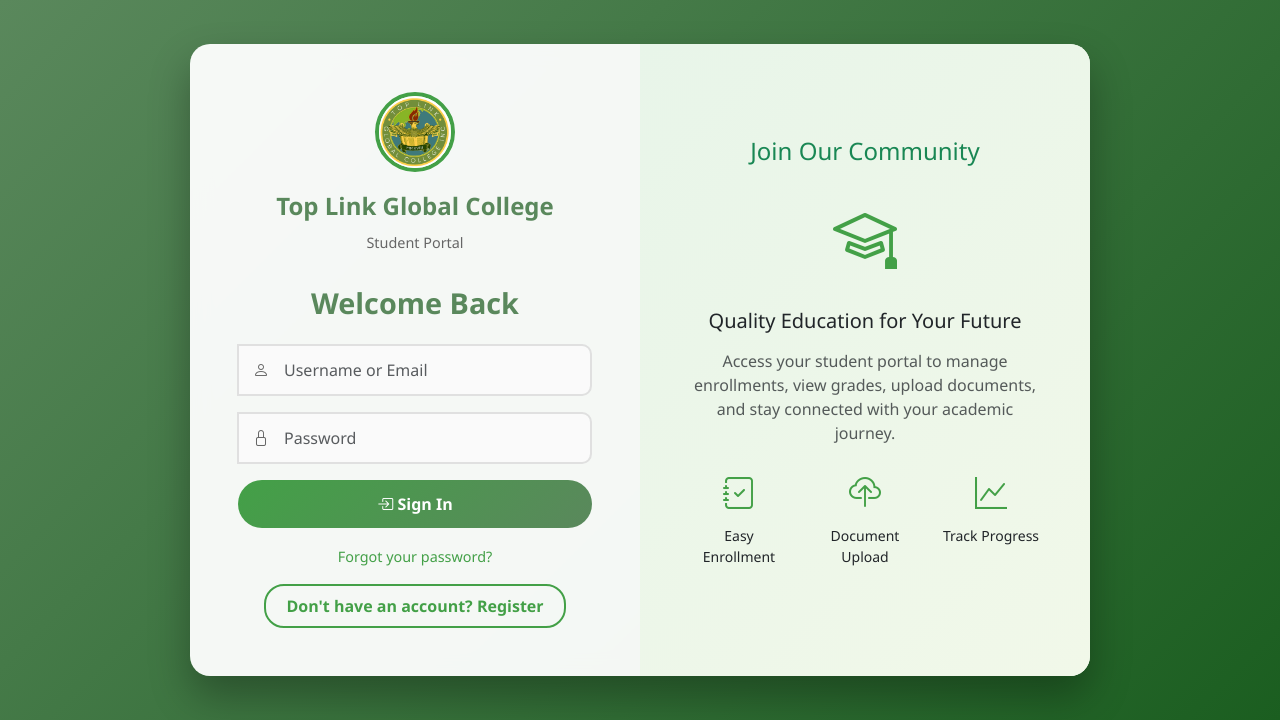
Repository: partymaker01/IT2C_Enrollment_System_SourceCode
Page: http://localhost/IT2C_Enrollment_System_SourceCode/logregfor/login.php
The author's editor kept a copy of each file at every save. The page is drawn from the files as they stood at one save, then again after the next save.
The browser window is 1280 px wide. The pictures show the whole page.
The page is run by PHP 8.4 with error messages shown; the project is at /var/www/html/.

Above is the page before, as saved 2025-06-08 22:51:52.

### logregfor/login.php
<?php
session_start();

// Redirect if already logged in
if (isset($_SESSION['student_id'])) {
    header("Location: ../student/student-dashboard.php");
    exit;
}

require_once '../db.php';

$message = '';
$messageType = '';

// Handle Registration
if ($_SERVER['REQUEST_METHOD'] === 'POST' && ($_POST['form_action'] ?? '') === 'register') {
    $username = trim($_POST['username'] ?? '');
    $firstName = trim($_POST['first_name'] ?? '');
    $middleName = trim($_POST['middle_name'] ?? '');
    $lastName = trim($_POST['last_name'] ?? '');
    $email = trim($_POST['email'] ?? '');
    $password = $_POST['password'] ?? '';
    $confirmPassword = $_POST['confirm_password'] ?? '';

    $errors = [];

    // Validation
    if (empty($username)) $errors[] = "Username is required.";
    if (empty($firstName)) $errors[] = "First name is required.";
    if (empty($lastName)) $errors[] = "Last name is required.";
    if (empty($email) || !filter_var($email, FILTER_VALIDATE_EMAIL)) $errors[] = "Valid email is required.";
    if (empty($password)) $errors[] = "Password is required.";
    if (strlen($password) < 6) $errors[] = "Password must be at least 6 characters long.";
    if ($password !== $confirmPassword) $errors[] = "Passwords do not match.";

    // Check if username or email already exists
    if (empty($errors)) {
        $stmt = $pdo->prepare("SELECT student_id FROM students WHERE username = ? OR email = ?");
        $stmt->execute([$username, $email]);
        if ($stmt->fetch()) {
            $errors[] = "Username or email already exists.";
        }
    }

    if (empty($errors)) {
        try {
            $hashedPassword = password_hash($password, PASSWORD_DEFAULT);
            $stmt = $pdo->prepare("INSERT INTO students (username, first_name, middle_name, last_name, email, password) VALUES (?, ?, ?, ?, ?, ?)");
            $stmt->execute([$username, $firstName, $middleName, $lastName, $email, $hashedPassword]);

            $message = "Registration successful! You can now log in.";
            $messageType = "success";
        } catch (PDOException $e) {
            $errors[] = "Registration failed. Please try again.";
        }
    }

    if (!empty($errors)) {
        $message = implode('<br>', $errors);
        $messageType = "danger";
    }
}

// Handle Login
if ($_SERVER['REQUEST_METHOD'] === 'POST' && ($_POST['form_action'] ?? '') === 'login') {
    $username = trim($_POST['username'] ?? '');
    $password = $_POST['password'] ?? '';

    if (empty($username) || empty($password)) {
        $message = "Please enter both username and password.";
        $messageType = "warning";
    } else {
        try {
            $stmt = $pdo->prepare("SELECT student_id, password, first_name FROM students WHERE username = ? OR email = ?");
            $stmt->execute([$username, $username]);
            $user = $stmt->fetch();

            if ($user && password_verify($password, $user['password'])) {
                $_SESSION['student_id'] = $user['student_id'];
                $_SESSION['student_name'] = $user['first_name'];
                $_SESSION['login_time'] = time();

                header("Location: ../student/student-dashboard.php");
                exit;
            } else {
                $message = "Invalid username/email or password.";
                $messageType = "danger";
            }
        } catch (PDOException $e) {
            $message = "Login failed. Please try again.";
            $messageType = "danger";
        }
    }
}
?>

<!DOCTYPE html>
<html lang="en">
<head>
    <meta charset="UTF-8">
    <meta name="viewport" content="width=device-width, initial-scale=1">
    <title>Student Portal - Top Link Global College</title>
    <link href="https://cdn.jsdelivr.net/npm/bootstrap@5.3.2/dist/css/bootstrap.min.css" rel="stylesheet">
    <link href="https://cdn.jsdelivr.net/npm/bootstrap-icons@1.11.0/font/bootstrap-icons.css" rel="stylesheet">
    <link rel="icon" href="../picture/tlgc_pic.jpg" type="image/x-icon">
    <style>
        :root {
            --primary-green:rgb(90, 136, 92);
            --light-green: #e8f5e9;
            --accent-green: #43a047;
            --hover-green: #c8e6c9;
            --dark-green: #1b5e20;
        }

        body {
            background: linear-gradient(135deg, var(--primary-green) 0%, var(--dark-green) 100%);
            min-height: 100vh;
            font-family: 'Segoe UI', Tahoma, Geneva, Verdana, sans-serif;
            display: flex;
            align-items: center;
            justify-content: center;
        }

        .login-container {
            background: rgba(255, 255, 255, 0.95);
            backdrop-filter: blur(10px);
            border-radius: 20px;
            box-shadow: 0 20px 40px rgba(0, 0, 0, 0.3);
            overflow: hidden;
            width: 100%;
            max-width: 900px;
            min-height: 600px;
            display: flex;
        }

        .login-form-section {
            flex: 1;
            padding: 3rem;
            display: flex;
            flex-direction: column;
            justify-content: center;
        }

        .register-form-section {
            flex: 1;
            padding: 3rem;
            display: flex;
            flex-direction: column;
            justify-content: center;
            background: linear-gradient(135deg, var(--light-green) 0%, #f1f8e9 100%);
        }

        .school-header {
            text-align: center;
            margin-bottom: 2rem;
        }

        .school-logo {
            width: 80px;
            height: 80px;
            object-fit: cover;
            border-radius: 50%;
            border: 4px solid var(--accent-green);
            margin-bottom: 1rem;
        }

        .school-name {
            color: var(--primary-green);
            font-weight: 700;
            font-size: 1.5rem;
            margin-bottom: 0.5rem;
        }

        .school-subtitle {
            color: #666;
            font-size: 0.9rem;
        }

        .form-title {
            color: var(--primary-green);
            font-weight: 700;
            font-size: 1.8rem;
            margin-bottom: 1.5rem;
            text-align: center;
        }

        .form-control {
            border: 2px solid #e0e0e0;
            border-radius: 10px;
            padding: 12px 15px;
            transition: all 0.3s ease;
            background-color: #fafafa;
        }

        .form-control:focus {
            border-color: var(--accent-green);
            box-shadow: 0 0 0 0.25rem rgba(67, 160, 71, 0.25);
            background-color: #fff;
        }

        .btn-login {
            background: linear-gradient(135deg, var(--accent-green) 0%, var(--primary-green) 100%);
            border: none;
            color: white;
            font-weight: 600;
            padding: 12px 30px;
            border-radius: 25px;
            transition: all 0.3s ease;
            width: 100%;
        }

        .btn-login:hover {
            transform: translateY(-2px);
            box-shadow: 0 8px 20px rgba(67, 160, 71, 0.4);
            color: white;
        }

        .btn-toggle {
            background: transparent;
            border: 2px solid var(--accent-green);
            color: var(--accent-green);
            font-weight: 600;
            padding: 8px 20px;
            border-radius: 20px;
            transition: all 0.3s ease;
            margin-top: 1rem;
        }

        .btn-toggle:hover {
            background: var(--accent-green);
            color: white;
        }

        .form-section {
            display: none;
        }

        .form-section.active {
            display: block;
        }

        .input-group {
            position: relative;
            margin-bottom: 1rem;
        }

        .input-group i {
            position: absolute;
            left: 15px;
            top: 50%;
            transform: translateY(-50%);
            color: #666;
            z-index: 10;
        }

        .input-group .form-control {
            padding-left: 45px;
        }

        .forgot-password {
            text-align: center;
            margin-top: 1rem;
        }

        .forgot-password a {
            color: var(--accent-green);
            text-decoration: none;
            font-size: 0.9rem;
        }

        .forgot-password a:hover {
            text-decoration: underline;
        }

        @media (max-width: 768px) {
            .login-container {
                flex-direction: column;
                margin: 1rem;
                min-height: auto;
            }

            .login-form-section,
            .register-form-section {
                padding: 2rem;
            }
        }
    </style>
</head>
<body>
    <div class="login-container">
        <!-- Login Section -->
        <div class="login-form-section">
            <div class="school-header">
                <img src="../picture/tlgc_pic.jpg" alt="School Logo" class="school-logo">
                <div class="school-name">Top Link Global College</div>
                <div class="school-subtitle">Student Portal</div>
            </div>

            <?php if ($message): ?>
                <div class="alert alert-<?= $messageType ?> alert-dismissible fade show" role="alert">
                    <?= $message ?>
                    <button type="button" class="btn-close" data-bs-dismiss="alert"></button>
                </div>
            <?php endif; ?>

            <!-- Login Form -->
            <div class="form-section active" id="loginForm">
                <h3 class="form-title">Welcome Back</h3>
                <form method="POST" action="">
                    <input type="hidden" name="form_action" value="login">

                    <div class="input-group">
                        <i class="bi bi-person"></i>
                        <input type="text" class="form-control" name="username" placeholder="Username or Email" required>
                    </div>

                    <div class="input-group">
                        <i class="bi bi-lock"></i>
                        <input type="password" class="form-control" name="password" placeholder="Password" required>
                    </div>

                    <button type="submit" class="btn-login">
                        <i class="bi bi-box-arrow-in-right"></i> Sign In
                    </button>
                </form>

                <div class="forgot-password">
                    <a href="forgot-password.php">Forgot your password?</a>
                </div>

                <div class="text-center">
                    <button type="button" class="btn-toggle" onclick="toggleForm()">
                        Don't have an account? Register
                    </button>
                </div>
            </div>

            <!-- Register Form -->
            <div class="form-section" id="registerForm">
                <h3 class="form-title">Create Account</h3>
                <form method="POST" action="">
                    <input type="hidden" name="form_action" value="register">

                    <div class="row">
                        <div class="col-md-6">
                            <div class="input-group">
                                <i class="bi bi-person"></i>
                                <input type="text" class="form-control" name="username" placeholder="Username" required>
                            </div>
                        </div>
                        <div class="col-md-6">
                            <div class="input-group">
                                <i class="bi bi-envelope"></i>
                                <input type="email" class="form-control" name="email" placeholder="Email" required>
                            </div>
                        </div>
                    </div>

                    <div class="row">
                        <div class="col-md-4">
                            <div class="input-group">
                                <i class="bi bi-person-badge"></i>
                                <input type="text" class="form-control" name="first_name" placeholder="First Name" required>
                            </div>
                        </div>
                        <div class="col-md-4">
                            <div class="input-group">
                                <i class="bi bi-person-badge"></i>
                                <input type="text" class="form-control" name="middle_name" placeholder="Middle Name">
                            </div>
                        </div>
                        <div class="col-md-4">
                            <div class="input-group">
                                <i class="bi bi-person-badge"></i>
                                <input type="text" class="form-control" name="last_name" placeholder="Last Name" required>
                            </div>
                        </div>
                    </div>

                    <div class="row">
                        <div class="col-md-6">
                            <div class="input-group">
                                <i class="bi bi-lock"></i>
                                <input type="password" class="form-control" name="password" placeholder="Password" required>
                            </div>
                        </div>
                        <div class="col-md-6">
                            <div class="input-group">
                                <i class="bi bi-lock-fill"></i>
                                <input type="password" class="form-control" name="confirm_password" placeholder="Confirm Password" required>
                            </div>
                        </div>
                    </div>

                    <button type="submit" class="btn-login">
                        <i class="bi bi-person-plus"></i> Create Account
                    </button>
                </form>

                <div class="text-center">
                    <button type="button" class="btn-toggle" onclick="toggleForm()">
                        Already have an account? Sign In
                    </button>
                </div>
            </div>
        </div>

        <!-- Info Section -->
        <div class="register-form-section">
            <div class="text-center">
                <h4 class="text-success mb-4">Join Our Community</h4>
                <div class="mb-4">
                    <i class="bi bi-mortarboard" style="font-size: 4rem; color: var(--accent-green);"></i>
                </div>
                <h5 class="mb-3">Quality Education for Your Future</h5>
                <p class="text-muted mb-4">
                    Access your student portal to manage enrollments, view grades,
                    upload documents, and stay connected with your academic journey.
                </p>
                <div class="row text-center">
                    <div class="col-4">
                        <i class="bi bi-journal-check" style="font-size: 2rem; color: var(--accent-green);"></i>
                        <p class="small mt-2">Easy Enrollment</p>
                    </div>
                    <div class="col-4">
                        <i class="bi bi-cloud-upload" style="font-size: 2rem; color: var(--accent-green);"></i>
                        <p class="small mt-2">Document Upload</p>
                    </div>
                    <div class="col-4">
                        <i class="bi bi-graph-up" style="font-size: 2rem; color: var(--accent-green);"></i>
                        <p class="small mt-2">Track Progress</p>
                    </div>
                </div>
            </div>
        </div>
    </div>

    <script src="https://cdn.jsdelivr.net/npm/bootstrap@5.3.2/dist/js/bootstrap.bundle.min.js"></script>
    <script>
        function toggleForm() {
            const loginForm = document.getElementById('loginForm');
            const registerForm = document.getElementById('registerForm');

            if (loginForm.classList.contains('active')) {
                loginForm.classList.remove('active');
                registerForm.classList.add('active');
            } else {
                registerForm.classList.remove('active');
                loginForm.classList.add('active');
            }
        }

        // Form validation
        document.querySelectorAll('form').forEach(form => {
            form.addEventListener('submit', function(e) {
                const passwords = this.querySelectorAll('input[type="password"]');
                if (passwords.length === 2) {
                    if (passwords[0].value !== passwords[1].value) {
                        e.preventDefault();
                        alert('Passwords do not match!');
                        return false;
                    }
                    if (passwords[0].value.length < 6) {
                        e.preventDefault();
                        alert('Password must be at least 6 characters long!');
                        return false;
                    }
                }
            });
        });
    </script>
</body>
</html>

### db.php
<?php
$servername = "localhost";
$username = "root";
$password = "";
$database = "enrollment_system";

// Create connection
$conn = new mysqli($servername, $username, $password, $database);

// Check connection
if ($conn->connect_error) {
    die("Connection failed: " . $conn->connect_error);
}
?>

After the next save:
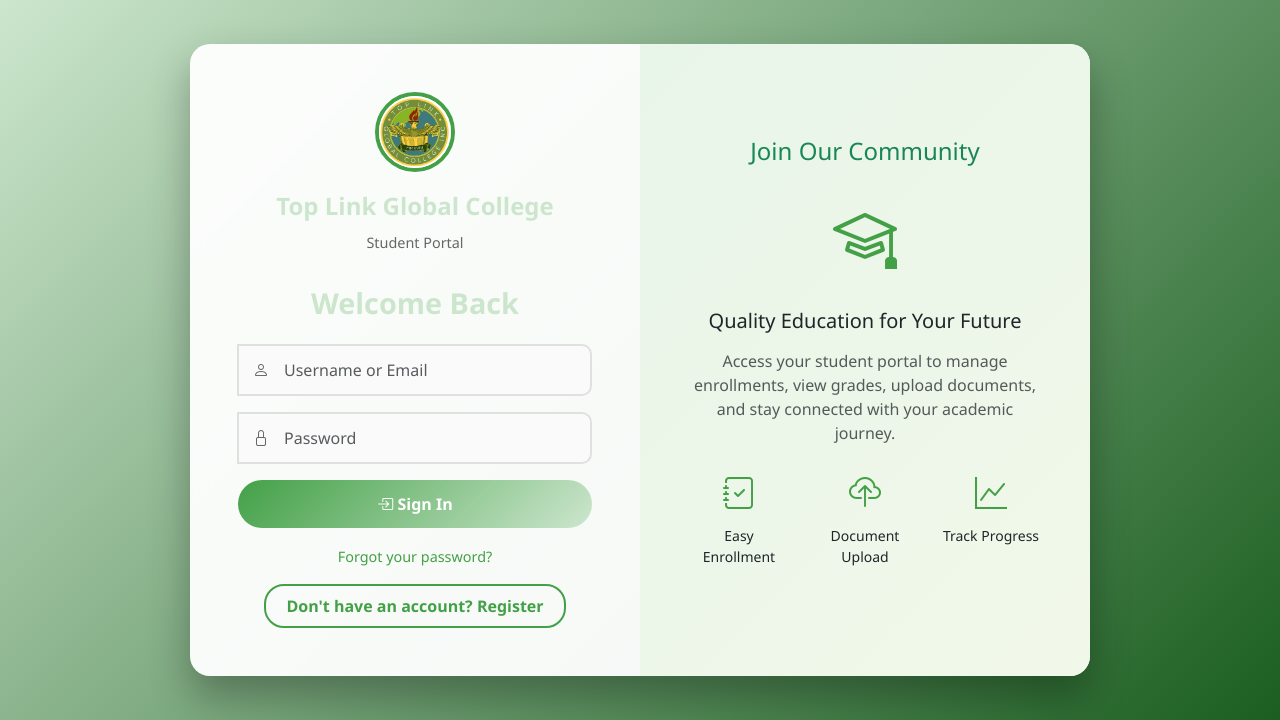
Saved 10 s later.
--- a/logregfor/login.php
+++ b/logregfor/login.php
@@ -105,7 +105,7 @@
     <link rel="icon" href="../picture/tlgc_pic.jpg" type="image/x-icon">
     <style>
         :root {
-            --primary-green:rgb(90, 136, 92);
+            --primary-green:rgb(204, 230, 205);
             --light-green: #e8f5e9;
             --accent-green: #43a047;
             --hover-green: #c8e6c9;
